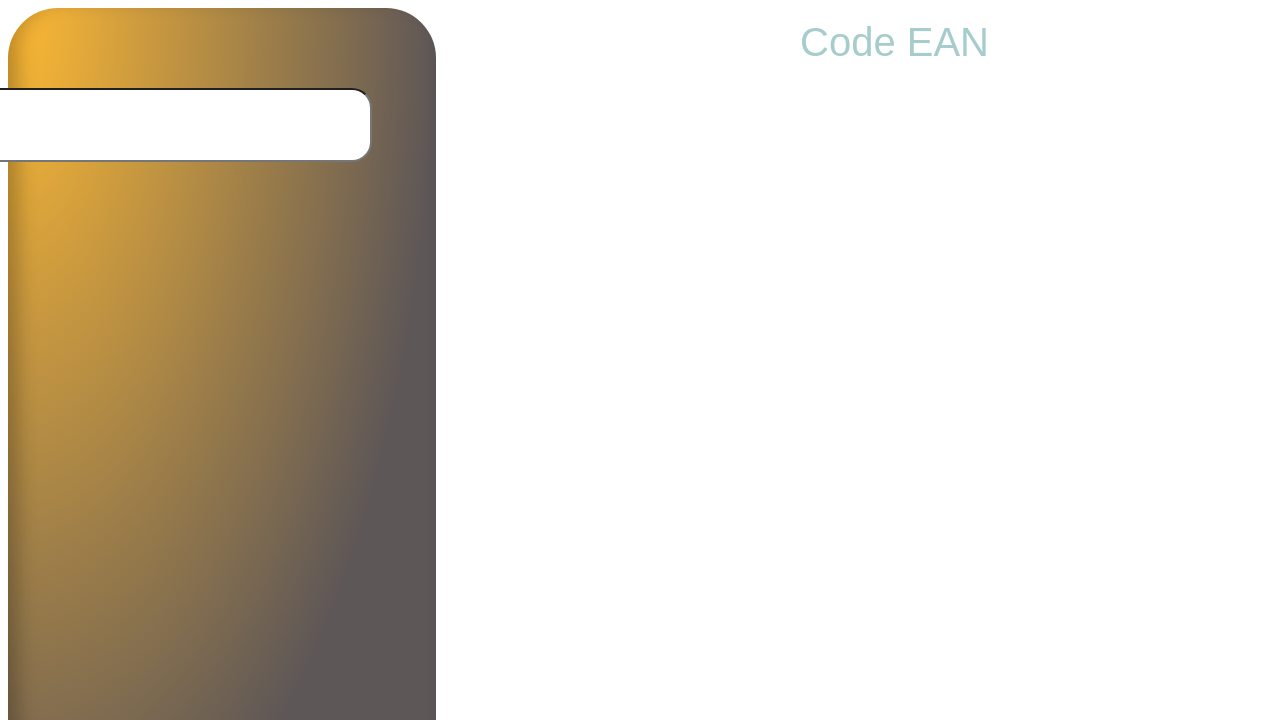
Repository: Zouz01/exo-toucan
Page: index.html
The author's editor kept a copy of each file at every save. The page is drawn from the files as they stood at one save, then again after the next save.
The browser window is 1280 px wide. The pictures show the whole page.

Above is the page before, as saved 2023-09-21 11:29:41.

### index.html
<!DOCTYPE html>
<html lang="fr">
<head>
    <meta charset="UTF-8">
    <meta name="viewport" content="width=device-width, initial-scale=1">
    <title>TOUCAN API</title>
    <link rel="stylesheet" type="text/css" href="main.css">
</head>
<body>
    <div class="container">
        <!-- Formulaire de recherche -->
        <form id="product-form" action="https://fr.openfoodfacts.org/api/v0/product/<<code_EAN_13>>" method="POST">
            <label for="code_ean">Code EAN </label>
            <input type="text" id="code_ean" name="code_ean" placeholder="Entrez le code EAN ici"><!-- Champ de saisie du code EAN -->
            <button type="submit" id="submit">Rechercher</button> <!-- Bouton de soumission du formulaire -->
        </form>

        <!-- Conteneur pour l'affichage de l'image et des informations -->
        <div><img id="img"></div>
        <div id="product-info"></div>
    </div>

    <!-- Inclusion du script JavaScript -->
    <script src="main.js"></script>
</body>
</html>

### main.css
body {
    font-family: Arial, sans-serif;

}

.container {
    width: 428px;
    height: 926px;
   position: fixed;
    text-align: center;

    background: radial-gradient(100% 100% at 0% 0%, #FFBA33 0%, #5e5757 100%);
   /* background: radial-gradient(100% 100% at 0% 0%, #A6A6A6 0.46%, #000000 78.06%);
    background: linear-gradient(167.94deg, #7AA77E 0%, #476F72 100%);*/

    opacity: 1.8;
    box-shadow: inset 10px -10px 20px rgba(0, 0, 0, 0.25);
    border-radius: 50px;
}

/* position ecriture label*/
label {

    top: 20px;
    font-size: 40px;
    color: rgb(167, 204, 204);
   left: 120px;
    position :fixed;



}
/*position img*/
#img {
    position: relative;
   border-radius: 20px;
   width: 20%;
   top: 600px;
}

/*position retour d'information produit*/
 #product-info {
    position: absolute;
    padding: 20px;
    color:rgb(171, 221, 205);
    top: 100px;

 }
h2 {
    font-size: xx-large;
    color: #7af3b1;
}
p{
    font-size: larger ;
}

/* Champ de saisie pour entrer le code EAN */
#code_ean {
    position: absolute;
   border-radius: 20px;
    width: 382px;
    height: 38px;
   right:24px ;
    top: 80px;
    font-family: 'Montserrat';
font-style: normal;
font-weight: 500;
font-size: 25px;
line-height: 30px;
text-align: center;

color: #0f0d0d;



}

/* Bouton de recherche */
button[type="submit"] {
    position: absolute;
    width: 144px;
    height: 63px;
  background-color: #67d699;
    bottom: 50px;
    border-radius: 20px;
    right: 145px;



}




/* styles pour les écrans plus grands */
/* @media (min-width: 900px) {
     .container {
        /* width: 1060px; */
        height: 900px;
     }
        button[type="submit"] {
            position: absolute;
    width: 184px;
    height: 83px;
  background-color: #67d699;
    bottom: 50px;
    border-radius: 20px;
    right: 870px;
        }
        #code_ean {
            position: absolute;
           border-radius: 20px;
            width: 1382px;
            height: 68px;
           right:15% ;
            top: 80px;
            font-family: 'Montserrat';
        font-style: normal;
        font-weight: 500;
        font-size: 25px;
        line-height: 30px;
        text-align: center;
        color: #0f0d0d;  */

 }
 label {

    top: 20px;
    font-size: 40px;
    color: rgb(167, 204, 204);
   left: 800px;
    position :fixed;

}
#product-info {
    position: absolute;
    padding: 50px;
    color:rgb(171, 221, 205);
    top: 200px;
    left: 30%;

 }
 #img {
    position: relative;
   border-radius: 20px;
   max-width: 20%;
   max-height: 10%;
   top: 230px;
   right: 30%;
}
h2 {
    font-size: 50px;
    color: aqua;
}
p{
    font-size: 30px ;
}
}

### main.js
const form = document.querySelector("#product-form"); //Interagit avec  HTML avec l'id "product-form"
const code_ean = document.querySelector("#code_ean"); //Interagit avec  HTML  avec l'id "code_ean"
const productInfo = document.querySelector("#product-info"); //Interagit avec  HTML avec l'id "les informations produits"
const img = document.querySelector("#img");  //Interagit avec  HTML avec l'id "les images"
const submit = document.querySelector("#submit");  //Interagit avec  HTML avec l'id "Boutton envoi"


submit.addEventListener("click", (e) => { // Ecouteur d'événement sur le bouton d'envoi qui écoute un événement de clic
    e.preventDefault();

    // validation du code
    if (code_ean.value.length !== 13) {
        alert("Le code EAN doit contenir 13 chiffres.");// Le script vérifie si la valeur du champ de saisie du code EAN comporte 13 caractères
        return;                                         // Sinon, il affiche une alerte indiquant que le code EAN doit contenir 13 chiffres.
    }else

// Si code correct alors ...
    // Récupére les informations du produit depuis l'API
    fetch("https://fr.openfoodfacts.org/api/v0/product/" + code_ean.value) //Méthode pour envoyer une requête GET à l'API
        .then((reponse) => reponse.json())   //  Convertit  la réponse de l'API en JSON
        .then((data) => {                    //  Pour accéder aux données.
            let product = data.product;
            img.src = product.image_url;


             //Affiche les informations sur le produit, ( avec innerHTML on definila source de l'éléments)
             productInfo.innerHTML =`
             <h2><b>Nom</b> : ${product.abbreviated_product_name}</h2>
             <p><b>Marque</b> : ${product.brands}</p>
             <p><b>Catégorie</b> : ${product.categories}</p>
             <p><b>Ingrédients</b> : ${product.ingredients_text}</p>`
             console.log (data)
        }); // ${} veut dire interpreter

});

   /*fecht veut dire aller chercher*/

After the next save:
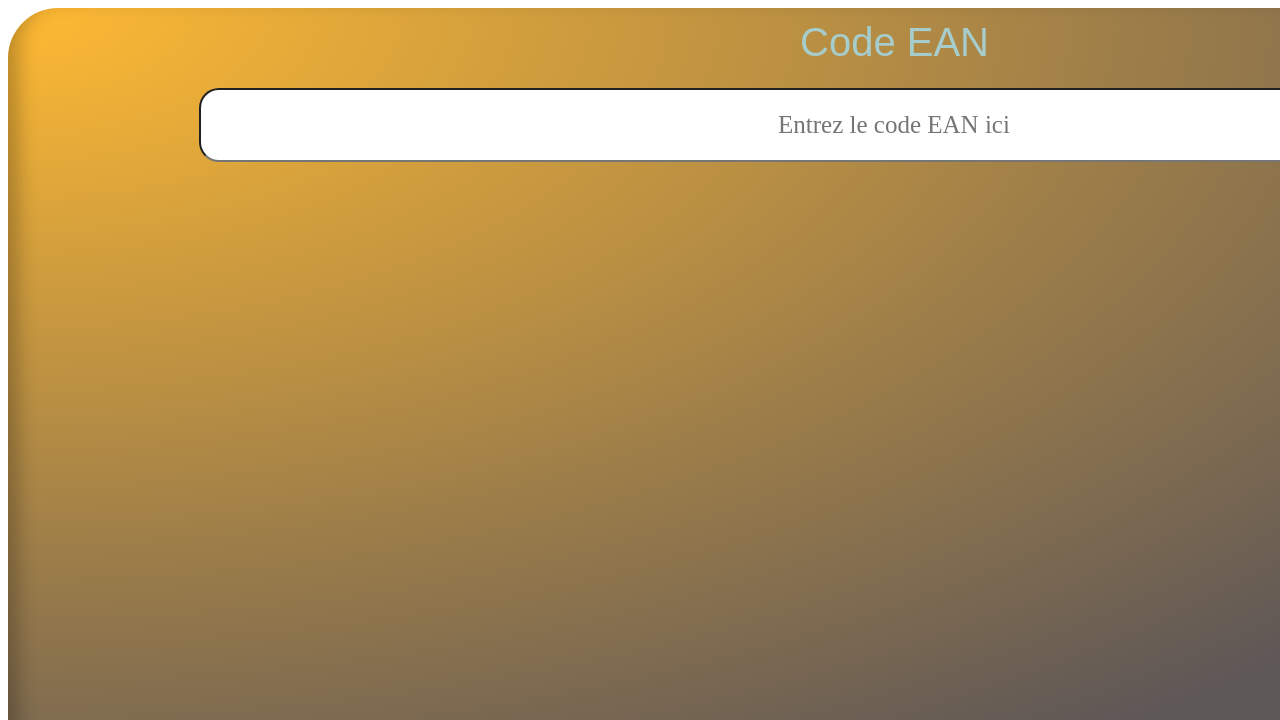
Saved 7 s later.
--- a/main.css
+++ b/main.css
@@ -93,9 +93,9 @@ button[type="submit"] {
 
 
 /* styles pour les écrans plus grands */
-/* @media (min-width: 900px) {
+@media (min-width: 900px) {
      .container {
-        /* width: 1060px; */
+        width: 1860px;
         height: 900px;
      }
         button[type="submit"] {
@@ -120,7 +120,7 @@ button[type="submit"] {
         font-size: 25px;
         line-height: 30px;
         text-align: center;
-        color: #0f0d0d;  */
+        color: #0f0d0d;
 
  }
  label {
